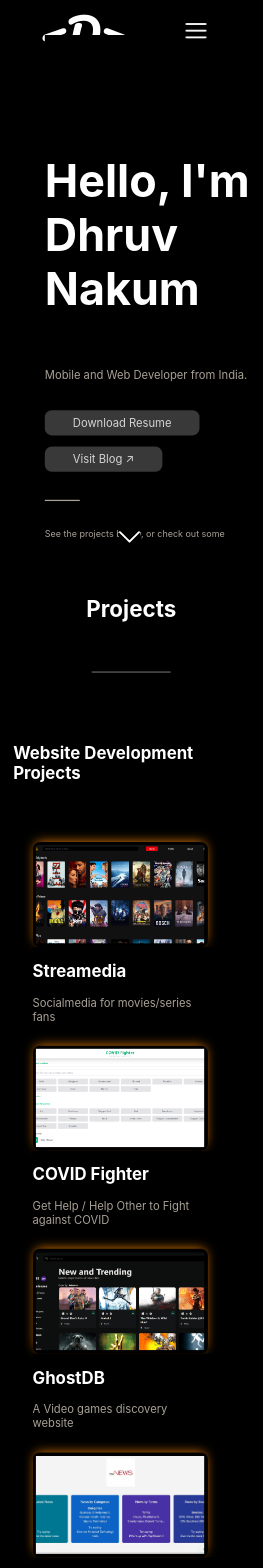
Repository: red-star25/next-portfolio
Page: /
An editor plug-in stored every save of this project. The page is shown before and after the next save, followed by the edit.
The browser window is 375 px wide. The pictures show the part of the page from y = 0 to 2240 px (the page is 10525 px tall), at 70% of full size.
The project was rebuilt for these pictures with package versions that can differ from the ones it lists, and the page was loaded fresh each time. The framework's server and built-in components were replaced by stand-ins that run in the browser.

Above is the page before, as saved 2023-11-06 11:25:25.

### styles/globals.css
@import url("https://fonts.googleapis.com/css2?family=Ubuntu&display=swap");

html,
body {
  scroll-behavior: smooth;

  padding: 0;
  margin: 0;
  font-family: -apple-system, BlinkMacSystemFont, "Ubuntu", Segoe UI, Roboto,
    Oxygen, Ubuntu, Cantarell, Fira Sans, Droid Sans, Helvetica Neue, sans-serif;
}

a {
  color: inherit;
  text-decoration: none;
}

* {
  box-sizing: border-box;
  background-color: black;
}

/* width */
::-webkit-scrollbar {
  width: 15px;
}

/* Track */
::-webkit-scrollbar-track {
  background: white;
}

/* Handle */
::-webkit-scrollbar-thumb {
  background: grey;
}

/* Handle on hover */
::-webkit-scrollbar-thumb:hover {
  background: #555;
}

### styles/App.module.css
.app {
  width: 100%;
  overflow: hidden;
}

.app__home {
  margin-top: 4em;
  height: 70vh;
  width: 100%;
  display: flex;
  align-items: center;
  justify-content: flex-start;
}

.app__scrollDownIndicator {
  display: flex;
  justify-content: center;
  align-items: center;
  padding: 1em 0;
  background-color: black;
  margin-top: 5em;
}
.app__scrollDownIndicator > img {
  height: 30px;
  width: 30px;
}

@media only screen and (max-width: 520px) {
  .app__scrollDownIndicator {
    margin-top: 1em;
  }
}

### component/Header/Header.jsx
import styles from "../../styles/Header.module.css";
import React, { useEffect, useRef, useState } from "react";
import { motion } from "framer-motion";

function Header({ isVisible }) {
  const [selectedLink, setSelectedLink] = useState("home");
  const [isMenuOpen, setIsMenuOpen] = useState(false);
  const [headerClass, setHeaderClass] = useState(styles.header);
  const [headerLogoClass, setHeaderLogoClass] = useState(styles.header__logo);

  const onLinkClicked = (linkName) => {
    if (linkName === "home") {
      window.scrollTo(0, 0);
    }
    setSelectedLink(linkName);
  };

  return (
    <div className={headerClass}>
      {headerClass === styles.header__mob ? (
        <div></div>
      ) : (
        <motion.h1
          animate={{
            x: 0,
            opacity: 1,
            transition: {
              duration: 0.5,
              type: "tween",
              delay: 0.2,
            },
          }}
          initial={{
            opacity: 0,
            x: -100,
          }}
          className={styles.header__logo}
        >
          {"<D>"}
        </motion.h1>
      )}

      <div
        onClick={() => {
          setIsMenuOpen(!isMenuOpen);
          if (headerClass === styles.header__mob) {
            setHeaderClass(styles.header);
          } else {
            setHeaderClass(styles.header__mob);
          }
          if (headerLogoClass === styles.header__logo) {
            setHeaderLogoClass(styles.header__logo__mob);
          } else {
            setHeaderLogoClass(styles.header__logo);
          }
          document
            .querySelector(".header__mobile__links")
            .classList.toggle(styles.open);
        }}
        className={`header__mobile__links ${styles.header__mobile__links} ${styles.header__logo__center} `}
      >
        <motion.img
          src={!isMenuOpen ? "/images/menu.png" : "/images/cancel.png"}
          alt=""
          animate={{
            opacity: 1,
            transition: {
              duration: 0.5,
              type: "tween",
            },
            x: 0,
          }}
          initial={{
            opacity: 0,
            x: +200,
          }}
        />
        {isMenuOpen ? (
          <div className={styles.menuLinks}>
            <ul>
              <li>
                <a
                  onClick={() => onLinkClicked("home")}
                  id={selectedLink === "home" ? styles.selectedLink : ""}
                  href="#home"
                >
                  HOME
                </a>
              </li>
              <li>
                <a
                  onClick={() => onLinkClicked("project")}
                  id={selectedLink === "project" ? styles.selectedLink : ""}
                  href="#project"
                >
                  PROJECTS
                </a>
              </li>
              <li>
                <a
                  onClick={() => onLinkClicked("skills")}
                  id={selectedLink === "skills" ? styles.selectedLink : ""}
                  href="#skills"
                >
                  SKILLS
                </a>
              </li>
              <li>
                <a
                  onClick={() => onLinkClicked("experience")}
                  id={selectedLink === "experience" ? styles.selectedLink : ""}
                  href="#experience"
                >
                  EXPERIENCE
                </a>
              </li>
              <li>
                <a
                  onClick={() => onLinkClicked("connect")}
                  id={selectedLink === "connect" ? styles.selectedLink : ""}
                  href="#connect"
                >
                  CONNECT
                </a>
              </li>
            </ul>
          </div>
        ) : (
          <div></div>
        )}
      </div>
      <div className={styles.header__links}>
        <motion.a
          animate={{
            opacity: 1,
            transition: {
              duration: 0.5,
              type: "tween",
            },
          }}
          initial={{
            opacity: 0,
          }}
          onClick={() => {
            onLinkClicked("home");
            window.scrollTo(0, 0);
          }}
          id={selectedLink === "home" ? styles.selectedLink : ""}
          href="#home"
        >
          HOME
        </motion.a>
        <motion.a
          animate={{
            opacity: 1,
            transition: {
              duration: 0.5,
              type: "tween",
              delay: 0.1,
            },
          }}
          initial={{
            opacity: 0,
          }}
          onClick={() => onLinkClicked("project")}
          id={selectedLink === "project" ? styles.selectedLink : ""}
          href="#project"
        >
          PROJECTS
        </motion.a>
        <motion.a
          animate={{
            opacity: 1,
            transition: {
              duration: 0.5,
              type: "tween",
              delay: 0.2,
            },
          }}
          initial={{
            opacity: 0,
          }}
          onClick={() => onLinkClicked("skills")}
          id={selectedLink === "skills" ? styles.selectedLink : ""}
          href="#skills"
        >
          SKILLS
        </motion.a>
        <motion.a
          animate={{
            opacity: 1,
            transition: {
              duration: 0.5,
              type: "tween",
              delay: 0.2,
            },
          }}
          initial={{
            opacity: 0,
          }}
          onClick={() => onLinkClicked("experience")}
          id={selectedLink === "experience" ? styles.selectedLink : ""}
          href="#experience"
        >
          EXPERIENCE
        </motion.a>
        <motion.a
          animate={{
            opacity: 1,
            transition: {
              duration: 0.5,
              type: "tween",
              delay: 0.3,
            },
          }}
          initial={{
            opacity: 0,
          }}
          onClick={() => onLinkClicked("connect")}
          id={selectedLink === "connect" ? styles.selectedLink : ""}
          href="#connect"
        >
          CONNECT
        </motion.a>
      </div>
    </div>
  );
}

export default Header;

### component/Home/Home.jsx
import React from "react";
import styles from "../../styles/Home.module.css";

import { motion } from "framer-motion";

function Home() {
  return (
    <div className={styles.home}>
      <motion.div
        className={styles.home__left}
        animate={{
          x: 0,
          opacity: 1,
          transition: {
            duration: 0.5,
            type: "tween",
          },
        }}
        initial={{
          opacity: 0,
          x: -100,
        }}
      >
        <div className={styles.home__title}>
          <h1>
            Hello, I'm Dhruv
            <br />
            Nakum
          </h1>
        </div>
        <div className={styles.home__subtitle}>
          <p>Mobile and Web Developer from India.</p>
        </div>
        <div style={{ marginTop: "2em" }}></div>
        <div className={styles.resume_btn}>
          <a href="https://drive.google.com/file/d/1vIg0jRUwXptqm2S09jY5MFjWA6coCvS4/view?usp=sharing" download="Dhruv's Resume" target="_blank" rel="noreferrer">Download Resume</a>
        </div>
        <div style={{ marginTop: "2em" }}></div>
        <div className={styles.blog_btn}>
          <a href="https://dhruvnakum.xyz" target="_blank" rel="noreferrer">Visit Blog ↗</a>
        </div>
        <div className={styles.separator}></div>
        <div className={styles.home__subtitle2}>
          <p>See the projects below, or check out some</p>
        </div>
      </motion.div>
      {/* <motion.div
        className={styles.home__right}
        animate={{
          opacity: 1,
          transition: {
            duration: 1,
            type: "tween",
          },
        }}
        initial={{
          opacity: 0,
        }}
      >
        <img src="/images/b&w.png" alt="" />
      </motion.div> */}
    </div>
  );
}

export default Home;

### component/Skills/Skills.jsx
import React, { useEffect } from "react";
import styles from "../../styles/Skills.module.css";
import { PieChart } from "react-minimal-pie-chart";
import Aos from "aos";
import "aos/dist/aos.css";

function Skills() {
  const skillsData = [
    {
      title: "Flutter",
      color: "#E38627",
      value: 20,
      width: "100%",
    },
    {
      title: "Dart",
      color: "#C13C37",
      value: 15,
      width: "90%",
    },
    {
      title: "React.js",
      color: "#6A2135",
      value: 10,
      width: "80%",
    },
  ];
  const skillsData2 = [
    {
      title: "Html",
      color: "#2b2e4a",
      value: 30,
      width: "100%",
    },
    {
      title: "Css",
      color: "#e84545",
      value: 30,
      width: "90%",
    },
    {
      title: "JavaScript",
      color: "#903749",
      value: 40,
      width: "90%",
    },
  ];

  useEffect(() => {
    Aos.init({ duration: 1500 });
  }, []);
  return (
    <div className={styles.skills}>
      <h1 data-aos="zoom-in">Skills</h1>
      <div data-aos="zoom-in" className={styles.skills__seperator}></div>
      <div className={styles.skills__main1}>
        <div data-aos="fade-right" className={styles.skillsMain__left}>
          {skillsData.map((skill) => {
            return (
              <div className={styles.skillMain__item}>
                <h3>{skill.title}</h3>
                <div
                  className={styles.skillMain__counter}
                  style={{ width: skill.width, backgroundColor: skill.color }}
                ></div>
              </div>
            );
          })}
        </div>
        <div data-aos="fade-left" className={styles.skillsMain__right}>
          <PieChart className={styles.pie_chart} data={skillsData} />;
        </div>
      </div>
      <div className={styles.skills__main2}>
        <div data-aos="fade-right" className={styles.skillsMain__left}>
          <PieChart className={styles.pie_chart} data={skillsData2} />;
        </div>
        <div data-aos="fade-left" className={styles.skillsMain__right}>
          {skillsData2.map((skill) => {
            return (
              <div className={styles.skillMain2__item}>
                <h3>{skill.title}</h3>
                <div
                  className={styles.skillMain__counter}
                  style={{ width: skill.width, backgroundColor: skill.color }}
                ></div>
              </div>
            );
          })}
        </div>
      </div>
    </div>
  );
}

export default Skills;

### component/Connect/Connect.jsx
import React, { useEffect } from "react";
import styles from "../../styles/Connect.module.css";
import Aos from "aos";
import "aos/dist/aos.css";
function Connect() {
  useEffect(() => {
    Aos.init({ duration: 1000 });
  }, []);
  return (
    <div className={styles.connect}>
      <h1 data-aos="zoom-in">Connect</h1>
      <div data-aos="zoom-in" className={styles.connect__seperator}></div>
      <div className={styles.connect__details}>
        <div data-aos="fade-right" className={styles.connectDetails__1}>
          <h1 id={styles.name}>DHRUV NAKUM</h1>
          <p id={styles.profession}>Mobile and Web Developer</p>
          <span id={styles.residency}>• India</span>
        </div>
        <div data-aos="fade-right" className={styles.connectDetails__2}>
          <p id={styles.connectText}>
            If you are thinking about hiring me or would like to discuss a
            project, get in touch with me at
          </p>
          <p id={styles.email}>nakumdhruv123@gmail.com</p>
        </div>
        <div className={styles.connect__social}>
          <a
            href="https://www.linkedin.com/in/dhruv-nakum-4b1054176/"
            target="_blank"
          >
            LINKED IN
          </a>
          <p>/</p>

          <a href="https://twitter.com/dhruv_nakum" target="_blank">
            TWITTER
          </a>
          <p>/</p>

          <a href="https://github.com/red-star25" target="_blank">
            GITHUB
          </a>
        </div>
      </div>
    </div>
  );
}

export default Connect;

### styles/Header.module.css
@import url("https://fonts.googleapis.com/css2?family=Pacifico&display=swap");

.header {
  display: flex;
  justify-content: space-between;
  align-items: center;
  width: 100%;
  height: 12vh;
  position: fixed;
  background-color: transparent;
  z-index: 99;
}

h1.header__logo {
  color: white;
  font-size: 3.5rem;
  margin-left: 1em;
  font-family: "Pacifico", cursive;
  background-color: transparent;
}

.header__links {
  background-color: transparent;
}

.header__links > a {
  width: fit-content;
  text-decoration: none;
  color: white;
  padding: 0.5em 2.5em;
  margin: 0 0.5em;
  transition: 0.5s;
  background-color: transparent;
  border-radius: 10px;
}

.header__links :hover {
  background-color: white;
  color: black;
  border-radius: 10px;
}

#selectedLink {
  background-color: white;
  color: black;
}

.header__mobile__links {
  display: none;
}

@media only screen and (max-width: 520px) {
  h1.header__logo {
    font-size: 3.5rem;
  }
  .header {
    z-index: unset;
  }
}

@media only screen and (max-width: 880px) {
  .header {
    position: unset;
    z-index: unset;
  }
  .header__mob {
    margin-left: -1em;
    margin-top: -1em;
    height: 100vh;
    flex-direction: column;
    display: flex;
    justify-content: center;
    align-items: center;
    width: 100%;
  }

  .header__mobile__links {
    display: flex;
    justify-content: center;
    align-items: center;
    width: 100%;
    flex-direction: column;
    clip-path: circle(100px at 90% -10%);
    -webkit-clip-path: circle(100px at 90% -10%);
    transition: all 1s ease-out;
  }

  .header__mobile__links.open {
    clip-path: circle(1000px at 90% -10%);
    -webkit-clip-path: circle(1000px at 90% -10%);
  }

  .menuLinks > ul {
    list-style-type: none;
  }

  .menuLinks li {
    color: white;
    font-size: 1rem;
    text-align: center;
    margin: 4.5em 0px;
    transition: 0.3s;
  }

  .menuLinks > ul > li :hover {
    color: black;
    background-color: white;
  }

  .header__logo__center > img {
    align-self: flex-end;
    margin-right: 5em;
  }

  .header__logo__mob {
    display: none;
  }

  .header__mobile__links > img {
    height: 30px;
    width: 30px;
  }

  .header__links {
    display: none;
  }

  #selectedLink {
    background-color: white;
    color: black;
    margin: 0em 2em;
    border-radius: 10px;
  }

  .menuLinks a {
    width: fit-content;
    text-decoration: none;
    color: white;
    padding: 0.2em 2em;
    margin: 0 0.5em;
    transition: 0.5s;
    background-color: black;
    border-radius: 10px;
    font-size: 2rem;
  }
}

### styles/Home.module.css
.home {
  margin: 2em 0em 0em 5em;
  padding: 1em;
  display: flex;
  height: 100%;
  width: 100%;
}

.home__title > h1 {
  color: white;
  font-size: 4em;
  padding-top: 2em;
}

.home__subtitle > p {
  padding-top: 1em;
  color: #a8a196;
}

.home__subtitle2 > p {
  padding-top: 2em;
  color: #a8a196;
  font-size: 0.8rem;
}

.separator {
  margin-top: 3em;
  border-top: 2px solid #a8a196;
  width: 50px;
}

.home__left {
  height: 100%;
  display: flex;
  width: 50%;
  align-items: flex-start;
  justify-content: center;
  flex-direction: column;
}
.home__right {
  width: 50%;
  display: flex;
  align-items: center;
  justify-content: center;
}

.home__right > img {
  width: 50%;
  border-radius: 150px;
}

.resume_btn > a {
  width: fit-content;
  text-decoration: none;
  color: rgba(255, 255, 255, 0.786);
  padding: 0.5em 2.5em;
  transition: 0.5s;
  background-color: rgba(245, 245, 245, 0.233);
  border-radius: 10px;
}

.resume_btn :hover {
  background-color: white;
  color: black;
  border-radius: 10px;
  cursor: pointer;
}
.blog_btn > a {
  width: fit-content;
  text-decoration: none;
  color: rgba(255, 255, 255, 0.786);
  padding: 0.5em 2.5em;
  transition: 0.5s;
  background-color: rgba(245, 245, 245, 0.233);
  border-radius: 10px;
}

.blog_btn :hover {
  background-color: white;
  color: black;
  border-radius: 10px;
  cursor: pointer;
}

@media only screen and (max-width: 520px) {
  .home {
    margin-left: 3em;
    margin-top: -3em;
  }

  .home__title{
    padding-top: -2em;
  }

  .home__left {
    width: 100%;
  }

  .home__right {
    display: none;
  }
}

@media only screen and (max-width: 880px) {
  .home__left {
    width: 100%;
  }

  .home__title{
    padding-top: -2em;
  }

  .home__right {
    display: none;
  }
}

### styles/Project.module.css
.project {
  display: flex;
  flex-direction: column;
  align-items: center;
  justify-content: center;
}

.project > h1 {
  padding-top: 1em;
  color: white;
  align-self: center;
}

.projectCard {
  height: 150px;
  width: 250px;
  border-radius: 10px;
  padding: 0.3em;
  margin-right: 2em;
  /* margin-bottom: 1em; */
  -webkit-box-shadow: 0px -3px 17px -4px rgba(255, 136, 0, 1);
  -moz-box-shadow: 0px -3px 17px -4px rgba(255, 136, 0, 1);
  box-shadow: 0px -3px 17px -4px rgba(255, 136, 0, 1);
}

.project__seperator {
  width: 30%;
  border-top: 1px solid white;
  margin-top: 3em;
  margin-bottom: 5em;
}

.project__listOfProject {
  margin-top: 4em;
  display: flex;
  flex-wrap: wrap;
  justify-content: center;
}

.project__web,
.project__mobile > h2 {
  color: white;
}

.project__web {
  display: flex;
  flex-direction: column;
  justify-content: center;
  align-items: center;
  width: 90%;
}

.project__mobile {
  margin-top: 5em;
  width: 90%;
  display: flex;
  flex-direction: column;
  justify-content: center;
  align-items: center;
}

.projectCard__main {
  margin-bottom: 1em;
  display: flex;
  flex-direction: column;
}

.projectCard__title > h2 {
  color: white;
  width: 250px;
}

.projectCard__subTitle {
  color: #a8a196;
  width: 250px;
  margin-top: -1em;
}

### styles/Skills.module.css
.skills {
  display: flex;
  flex-direction: column;
  align-items: center;
  justify-content: center;
  margin-top: 5em;
  margin-bottom: 10em;
  margin-left: auto;
  margin-right: auto;
  width: 80%;
}

.skills > h1 {
  color: white;
}

.skills__seperator {
  width: 30%;
  border-top: 1px solid white;
  margin-top: 3em;
  margin-bottom: 5em;
}

.skillMain__item {
  padding-bottom: 2em;
  display: flex;
  flex-direction: column;
  width: 100%;
}

.skillMain2__item {
  align-items: flex-end;
  padding-bottom: 2em;
  display: flex;
  flex-direction: column;
  width: 100%;
}

.skillMain__item > h3,
.skillMain2__item > h3 {
  color: white;
  margin-bottom: 2em;
}

.skills__main1,
.skills__main2 {
  display: flex;
  width: 100%;
}

.skills__main2 {
  margin-top: 5em;
}

.skillsMain__left {
  width: 50%;
  margin: auto;
}
.skillsMain__right {
  width: 50%;
  margin: auto;
}
.skillMain__counter {
  height: 10px;
  width: 70%;
  background-color: red;
  border-radius: 10px;
}

.pie_chart {
  width: 100%;
  height: 280px;
}

@media only screen and (max-width: 720px) {
  .pie_chart {
    height: 200px;
  }
}
@media only screen and (max-width: 520px) {
  .skills__main1,
  .skills__main2 {
    display: flex;
    flex-direction: column;
  }

  .skills__main1 {
    flex-direction: column-reverse;
  }

  .skillsMain__left,
  .skillsMain__right {
    width: 70%;
  }

  .skillMain2__item {
    align-items: flex-start;
  }
  .skills {
    width: 100%;
  }
}

### styles/Connect.module.css
.connect {
  display: flex;
  flex-direction: column;
  width: 90%;
  margin: auto;
}

.connect > h1 {
  color: white;
  align-self: center;
}

.connect__seperator {
  width: 30%;
  align-self: center;
  border-top: 1px solid white;
  margin-top: 3em;
  margin-bottom: 5em;
}

#name {
  color: white;
  padding-bottom: 0.7em;
}
#profession {
  color: #a8a196;
  padding-bottom: 0.5em;
}

#residency {
  font-size: small;
  margin-top: 2em;
  color: #a8a196;
}

.connectDetails__1,
.connectDetails__2 {
  margin-bottom: 5em;
  margin-left: 5em;
}

#connectText {
  color: #a8a196;
  width: 30%;
  margin-bottom: 1em;
}

#email,
#mobile {
  color: white;
  font-weight: bold;
}

.connect__social {
  margin-bottom: 5em;
  display: flex;
  margin-left: 5em;
}

.connect__social > a {
  text-decoration: none;
  color: white;
  font-size: small;
}

.connect__social > p {
  margin: 0px 2em;
  color: #a8a196;
  font-size: smaller;
}

@media only screen and (max-width: 520px) {
  #connectText {
    width: 90%;
  }

  .connectDetails__1,
  .connectDetails__2 {
    margin-left: 3em;
  }

  .connect__social > p {
    margin: 0px 1em;
  }
  .connect__social {
    margin-left: 3em;
  }
}

### styles/Experience.module.css
.experience {
  display: flex;
  flex-direction: column;
  align-items: center;
  justify-content: center;
  margin-top: 5em;
  margin-bottom: 10em;
  margin-left: auto;
  margin-right: auto;
  width: 80%;
  color: white;
  list-style: none;
}

.experience > h1 {
  color: white;
}

.experience__seperator {
  width: 30%;
  border-top: 1px solid white;
  margin-top: 3em;
  margin-bottom: 5em;
}

.experience__data {
  display: flex;
}

.experience__data > ul {
  list-style: none;
}

.company__position {
  font-weight: bold;
  font-size: large;
  margin-bottom: 0.5em;
  color: antiquewhite;
}

.company__duration {
  color: gainsboro;
  font-size: smaller;
  margin-top: 0.5em;
}

@media only screen and (max-width: 520px) {
  .experience__data {
    flex-direction: column;
  }
}

@media only screen and (max-width: 720px) {
  .experience__data {
    flex-direction: column;
  }
}

Loaded but not shown: pages/_app.js (common file); component/Experience/Experience.js (47 lines, source omitted); pages/index.js (43 lines, source omitted); component/Project/Project.jsx (218 lines, source omitted)

After the next save:
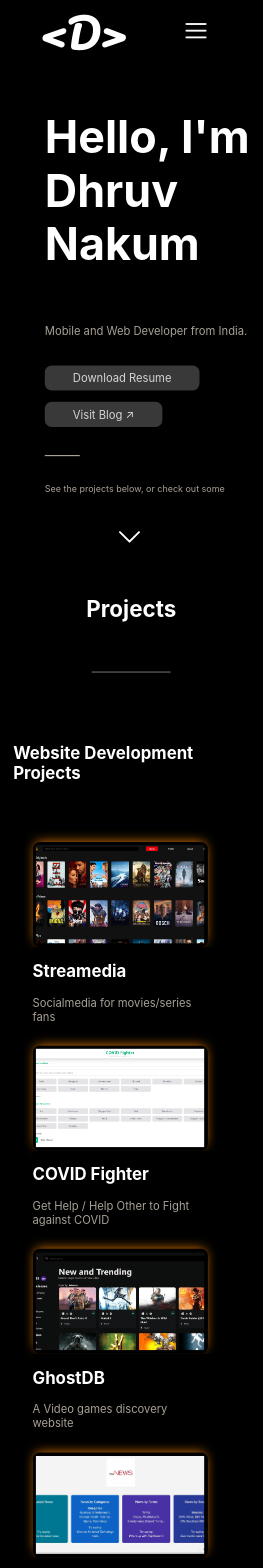
Saved 7 s later.
--- a/styles/Home.module.css
+++ b/styles/Home.module.css
@@ -9,7 +9,6 @@
 .home__title > h1 {
   color: white;
   font-size: 4em;
-  padding-top: 2em;
 }
 
 .home__subtitle > p {
@@ -88,10 +87,6 @@
     margin-top: -3em;
   }
 
-  .home__title{
-    padding-top: -2em;
-  }
-
   .home__left {
     width: 100%;
   }
@@ -106,10 +101,6 @@
     width: 100%;
   }
 
-  .home__title{
-    padding-top: -2em;
-  }
-
   .home__right {
     display: none;
   }
